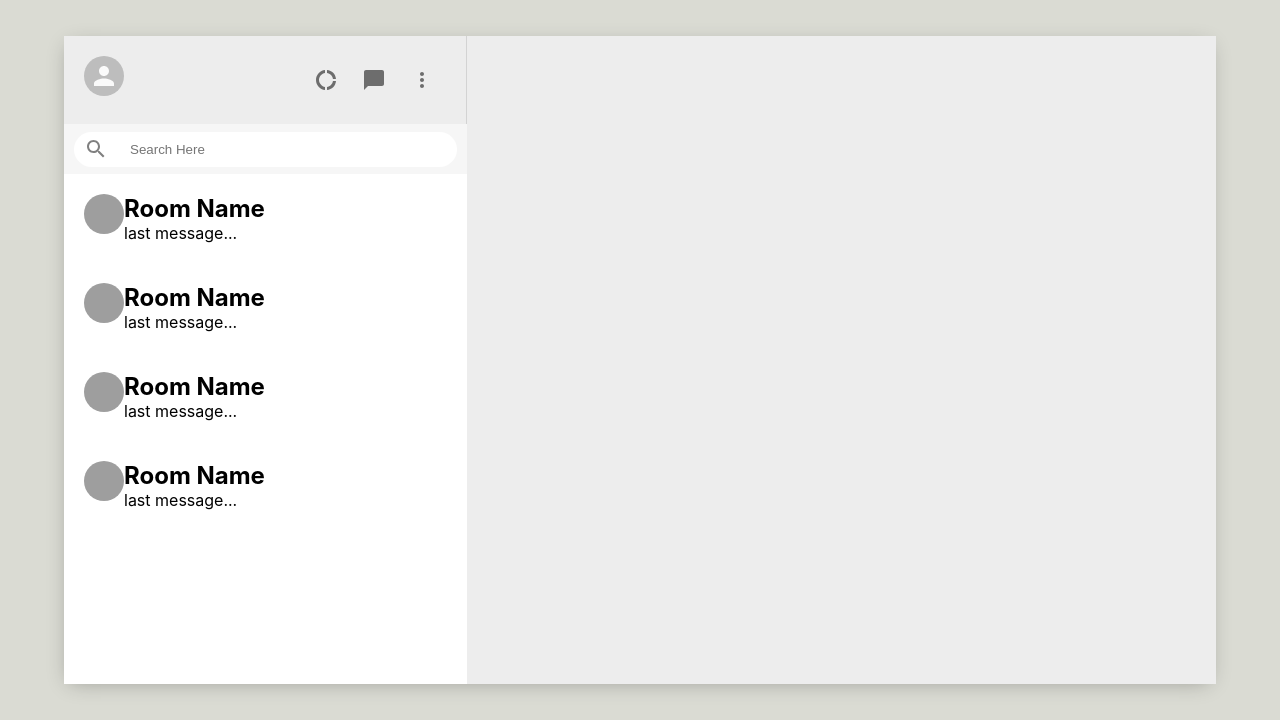
Repository: Prafullkuma/whatsappclon
Page: /
The author's editor kept a copy of each file at every save. The page is drawn from the files as they stood at one save, then again after the next save.
The browser window is 1280 px wide. The pictures show the whole page.
Pictures or frames that could not be fetched are drawn as grey boxes. The project was rebuilt for these pictures with package versions that can differ from the ones it lists, and the page was loaded fresh each time.

Above is the page before, as saved 2020-08-19 12:34:16.

After the next save:
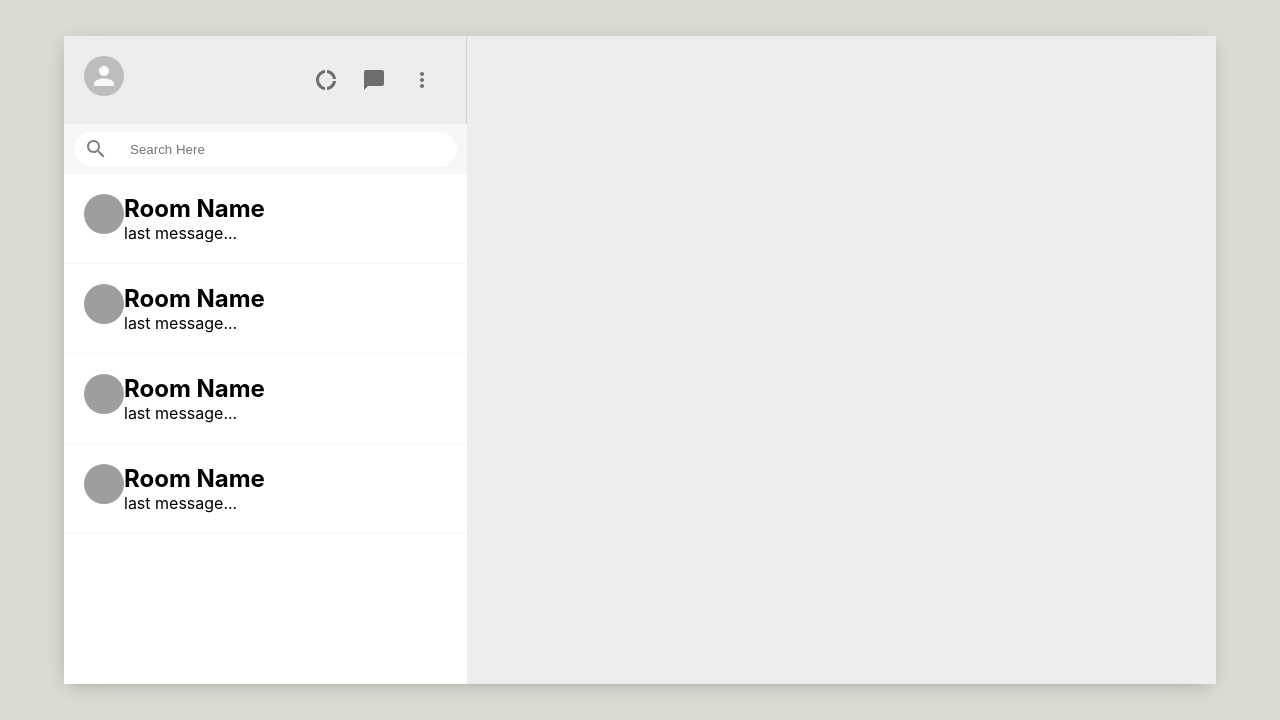
Saved 32 s later.
--- a/src/Component/Chat/sidebarChat.css
+++ b/src/Component/Chat/sidebarChat.css
@@ -2,6 +2,7 @@
     display: flex;
     padding: 20px;
     cursor: pointer;
+    border-bottom:1px solid #f6f6f6 ;
 }
 .sidebarchat_info{
 
